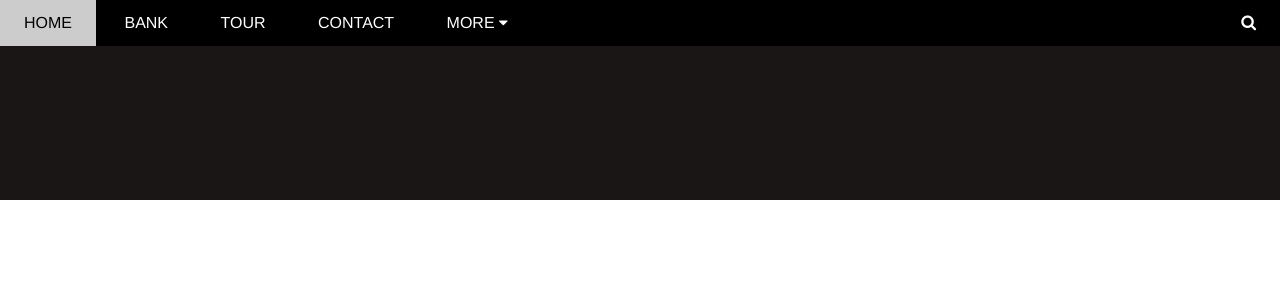
Repository: vuongtm1999/TheBand_W3School
Page: index.html
These files come from the project's save history. The page is drawn as it stood at one moment and after the next save; the edit follows.
The browser window is 1280 px wide. The pictures show the whole page.

Above is the page before, as saved 2022-08-25 07:30:45.

After the next save:
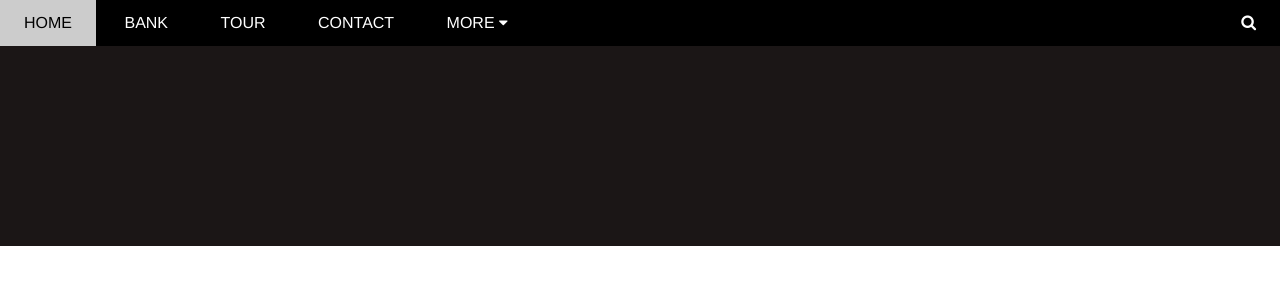
Saved 80 s later.
--- a/assets/css/style.css
+++ b/assets/css/style.css
@@ -37,7 +37,7 @@
     height: 46px;
     background-color: #000;
     color: #fff;
-    position: fixed;
+    position: sticky;
     top: 0;
     left: 0;
     right: 0;

After the 2 saves that followed:
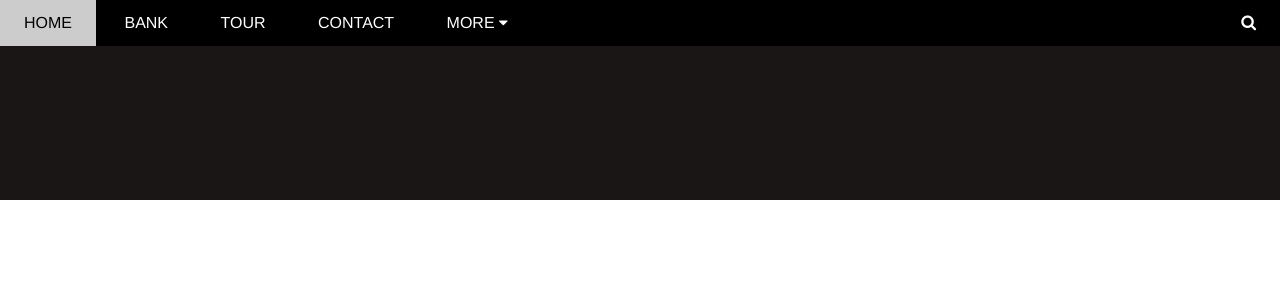
The 2 saves are shown as one change because they came seconds apart.
The last was saved 39 s later.
--- a/assets/css/style.css
+++ b/assets/css/style.css
@@ -37,7 +37,7 @@
     height: 46px;
     background-color: #000;
     color: #fff;
-    position: sticky;
+    position: fixed;
     top: 0;
     left: 0;
     right: 0;
